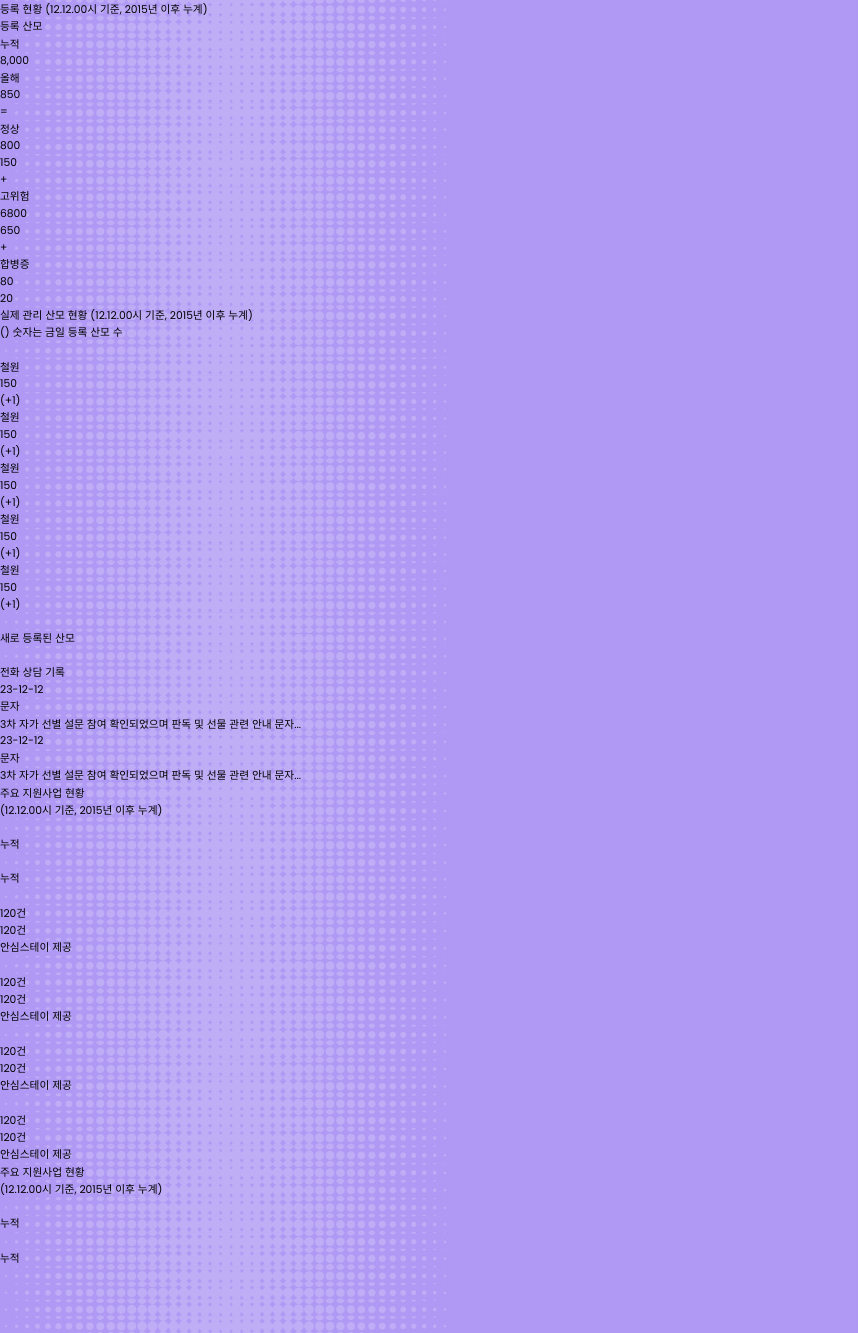
Repository: giapchicuong/Perganancy_Web
Page: index.html
These files come from the project's save history. The page is drawn as it stood at one moment and after the next save; the edit follows.
The browser window is 1280 px wide. The pictures show the whole page, at 67% of full size.

Above is the page before, as saved 2024-03-06 11:45:19.

### index.html
<!DOCTYPE html>
<html lang="en">

<head>
    <meta charset="UTF-8">
    <meta name="viewport" content="width=device-width, initial-scale=1.0">
    <title>Perganancy Web</title>
    <link rel="stylesheet" href="./assets/base.css">
    <link rel="stylesheet" href="./assets/style.css">
</head>

<body>
    <!-- .block -->
    <!-- .block__element -->
    <!-- .block__element--modifier -->
    <!-- card
    card__image
    card__description
    card__button--submit
    card__button--cancel -->
    <div class="app">
        <div class="main">
            <section class="advertising">
                <div class="advertising-left">
                    <div class="advertising-left__title">등록 현황 (12.12.00시 기준, 2015년 이후 누계)</div>
                    <div class="advertising-left__item-list">
                        <div class="advertising-left__item">
                            <div class="advertising-left__item-title">등록 산모</div>
                            <div class="advertising-left__item-desc">
                                <div class="advertising-left__item-desc-text">누적</div>
                                <div class="advertising-left__item-desc-number">8,000</div>
                            </div>
                            <div class="advertising-left__item-bottom">
                                <div class="advertising-left__item-bottom-text">올해</div>
                                <div class="advertising-left__item-bottom-number">850</div>
                            </div>
                            <div class="calculation">=</div>
                        </div>
                        <div class="advertising-left__item">
                            <div class="advertising-left__item-title">정상</div>
                            <div class="advertising-left__item-desc">
                                <div class="advertising-left__item-desc-number">800</div>
                            </div>
                            <div class="advertising-left__item-bottom">
                                <div class="advertising-left__item-bottom-number">150</div>
                            </div>
                            <div class="calculation">+</div>
                        </div>
                        <div class="advertising-left__item">
                            <div class="advertising-left__item-title">고위험</div>
                            <div class="advertising-left__item-desc">
                                <div class="advertising-left__item-desc-number">6800</div>
                            </div>
                            <div class="advertising-left__item-bottom">
                                <div class="advertising-left__item-bottom-number">650</div>
                            </div>
                            <div class="calculation">+</div>
                        </div>
                        <div class="advertising-left__item">
                            <div class="advertising-left__item-title">합병증</div>
                            <div class="advertising-left__item-desc">
                                <div class="advertising-left__item-desc-number">80</div>
                            </div>
                            <div class="advertising-left__item-bottom">
                                <div class="advertising-left__item-bottom-number">20</div>
                            </div>
                        </div>
                    </div>
                    <div class="advertising-left__title">실제 관리 산모 현황 (12.12.00시 기준, 2015년 이후 누계)</div>
                    <div class="advertising-left__desc">() 숫자는 금일 등록 산모 수</div>
                    <div class="advertising-left__map">
                        <img src="" alt="" class="advertising-left__map-image">
                        <div class="advertising-left__map-item-list-top">
                            <div class="advertising-left__map-item">
                                <div class="advertising-left__map-item-title">철원</div>
                                <div class="advertising-left__map-item-number">150</div>
                                <div class="advertising-left__map-item-desc">(+1)</div>
                            </div>
                            <div class="advertising-left__map-item">
                                <div class="advertising-left__map-item-title">철원</div>
                                <div class="advertising-left__map-item-number">150</div>
                                <div class="advertising-left__map-item-desc">(+1)</div>
                            </div>
                        </div>
                        <div class="advertising-left__map-item-list-center">
                            <div class="advertising-left__map-item">
                                <div class="advertising-left__map-item-title">철원</div>
                                <div class="advertising-left__map-item-number">150</div>
                                <div class="advertising-left__map-item-desc">(+1)</div>
                            </div>
                            <div class="advertising-left__map-item">
                                <div class="advertising-left__map-item-title">철원</div>
                                <div class="advertising-left__map-item-number">150</div>
                                <div class="advertising-left__map-item-desc">(+1)</div>
                            </div>
                        </div>
                        <div class="advertising-left__map-item-list-botom">
                            <div class="advertising-left__map-item">
                                <div class="advertising-left__map-item-title">철원</div>
                                <div class="advertising-left__map-item-number">150</div>
                                <div class="advertising-left__map-item-desc">(+1)</div>
                            </div>
                        </div>
                    </div>
                    <div class="advertising-left__box">
                        <div class="advertising-left__box-title">
                            <img src="" alt="" class="advertising-left__box-title-icon">
                            <div class="advertising-left__box-title-text">새로 등록된 산모</div>
                        </div>
                        <div class="advertising-left__box-message-list">
                            <div class="advertising-left__box-message-item">
                                <div class="advertising-left__box-message-item-date"></div>
                                <div class="advertising-left__box-message-item-text"></div>
                            </div>
                        </div>
                    </div>
                    <div class="advertising-left__box">
                        <div class="advertising-left__box-title">
                            <img src="" alt="" class="advertising-left__box-title-icon">
                            <div class="advertising-left__box-title-text">전화 상담 기록</div>
                        </div>
                        <div class="advertising-left__box-message-list">
                            <div class="advertising-left__box-message-item">
                                <div class="advertising-left__box-message-item-date">23-12-12</div>
                                <div class="advertising-left__box-message-item-name">문자</div>
                                <div class="advertising-left__box-message-item-text">3차 자가 선별 설문 참여 확인되었으며 판독 및 선물 관련 안내
                                    문자...</div>
                            </div>
                            <div class="advertising-left__box-message-item">
                                <div class="advertising-left__box-message-item-date">23-12-12</div>
                                <div class="advertising-left__box-message-item-name">문자</div>
                                <div class="advertising-left__box-message-item-text">3차 자가 선별 설문 참여 확인되었으며 판독 및 선물 관련 안내
                                    문자...</div>
                            </div>
                        </div>
                    </div>
                </div>
                <div class="advertising-right">
                    <div class="advertising-right-item">
                        <div class="advertising-right-item-top">
                            <div class="advertising-right-item-top-left">
                                <div class="advertising-right-item-top__title">주요 지원사업 현황</div>
                                <div class="advertising-right-item-top__desc">(12.12.00시 기준, 2015년 이후 누계)</div>
                            </div>
                            <div class="advertising-right-item-top-right">
                                <div class="advertising-right-item-top-item">
                                    <img src="" alt="" class="advertising-right-item-top-item__icon">
                                    <div class="advertising-right-item-top-item__text">누적</div>
                                </div>
                                <div class="advertising-right-item-top-item">
                                    <img src="" alt="" class="advertising-right-item-top-item__icon">
                                    <div class="advertising-right-item-top-item__text">누적</div>
                                </div>
                            </div>
                        </div>
                        <div class="advertising-right-item-card-list">
                            <div class="advertising-right-item-card">
                                <div class="advertising-right-item-card-provide">
                                    <img src="" alt="" class="advertising-right-item-card__image">
                                    <div class="advertising-right-item-card__image-number">
                                        <div class="advertising-right-item-card__image-number-large">120건</div>
                                        <div class="advertising-right-item-card__image-number-small">120건</div>
                                    </div>
                                </div>
                                <div class="advertising-right-item-card-content">안심스테이 제공</div>
                            </div>
                            <div class="advertising-right-item-card">
                                <div class="advertising-right-item-card-provide">
                                    <img src="" alt="" class="advertising-right-item-card__image">
                                    <div class="advertising-right-item-card__image-number">
                                        <div class="advertising-right-item-card__image-number-large">120건</div>
                                        <div class="advertising-right-item-card__image-number-small">120건</div>
                                    </div>
                                </div>
                                <div class="advertising-right-item-card-content">안심스테이 제공</div>
                            </div>
                            <div class="advertising-right-item-card">
                                <div class="advertising-right-item-card-provide">
                                    <img src="" alt="" class="advertising-right-item-card__image">
                                    <div class="advertising-right-item-card__image-number">
                                        <div class="advertising-right-item-card__image-number-large">120건</div>
                                        <div class="advertising-right-item-card__image-number-small">120건</div>
                                    </div>
                                </div>
                                <div class="advertising-right-item-card-content">안심스테이 제공</div>
                            </div>
                            <div class="advertising-right-item-card">
                                <div class="advertising-right-item-card-provide">
                                    <img src="" alt="" class="advertising-right-item-card__image">
                                    <div class="advertising-right-item-card__image-number">
                                        <div class="advertising-right-item-card__image-number-large">120건</div>
                                        <div class="advertising-right-item-card__image-number-small">120건</div>
                                    </div>
                                </div>
                                <div class="advertising-right-item-card-content">안심스테이 제공</div>
                            </div>
                        </div>
                    </div>
                    <div class="advertising-right-item">
                        <div class="advertising-right-item-top">
                            <div class="advertising-right-item-top-left">
                                <div class="advertising-right-item-top__title">주요 지원사업 현황</div>
                                <div class="advertising-right-item-top__desc">(12.12.00시 기준, 2015년 이후 누계)</div>
                            </div>
                            <div class="advertising-right-item-top-right">
                                <div class="advertising-right-item-top-item">
                                    <img src="" alt="" class="advertising-right-item-top-item__icon">
                                    <div class="advertising-right-item-top-item__text">누적</div>
                                </div>
                                <div class="advertising-right-item-top-item">
                                    <img src="" alt="" class="advertising-right-item-top-item__icon">
                                    <div class="advertising-right-item-top-item__text">누적</div>
                                </div>
                            </div>
                        </div>
                        <div class="advertising-right-item__btn-list">
                            <div class="advertising-right-item__btn-item">
                                <div class="advertising-right-item__btn">
                                    <img src="" alt="" class="advertising-right-item__btn-icon" />
                                    <div class="advertising-right-item__btn-text"></div>
                                    <div class="advertising-right-item__btn-notification"></div>
                                </div>
                                <div class="advertising-right-item__btn-content"></div>
                            </div>
                            <div class="advertising-right-item__btn-item">
                                <div class="advertising-right-item__btn">
                                    <img src="" alt="" class="advertising-right-item__btn-icon" />
                                    <div class="advertising-right-item__btn-text"></div>
                                    <div class="advertising-right-item__btn-notification"></div>
                                </div>
                                <div class="advertising-right-item__btn-content"></div>
                            </div>
                            <div class="advertising-right-item__btn-item">
                                <div class="advertising-right-item__btn">
                                    <img src="" alt="" class="advertising-right-item__btn-icon" />
                                    <div class="advertising-right-item__btn-text"></div>
                                    <div class="advertising-right-item__btn-notification"></div>
                                </div>
                                <div class="advertising-right-item__btn-content"></div>
                            </div>
                            <div class="advertising-right-item__btn-item">
                                <div class="advertising-right-item__btn">
                                    <img src="" alt="" class="advertising-right-item__btn-icon" />
                                    <div class="advertising-right-item__btn-text"></div>
                                    <div class="advertising-right-item__btn-notification"></div>
                                </div>
                                <div class="advertising-right-item__btn-content"></div>
                            </div>
                        </div>
                    </div>
                    <div class="advertising-right-item">
                        <div class="advertising-right-item-left">
                            <div class="advertising-right-item-left-text">
                                <div class="advertising-right-item-left__title"></div>
                                <div class="advertising-right-item-desc"></div>
                            </div>
                            <div class="advertising-right-item-number"></div>
                        </div>
                        <div class="advertising-right-item-right">

                        </div>
                    </div>
                    <div class="advertising-right-item">
                        <div class="advertising-right-item-message-list">
                            <div class="advertising-right-item-message-item">
                                <div class="advertising-right-item-message-text">
                                    <div class="advertising-right-item-message__title"></div>
                                    <div class="advertising-right-item-message__desc"></div>
                                </div>
                                <div class="advertising-right-item-message-number">
                                    <div class="advertising-right-item-message-number-icon"></div>
                                    <div class="advertising-right-item-message-number-text"></div>
                                    <div class="advertising-right-item-message-number-case"></div>
                                </div>
                            </div>
                            <div class="advertising-right-item-message-item">
                                <div class="advertising-right-item-message-text">
                                    <div class="advertising-right-item-message__title"></div>
                                    <div class="advertising-right-item-message__desc"></div>
                                </div>
                                <div class="advertising-right-item-message-number">
                                    <div class="advertising-right-item-message-number-icon"></div>
                                    <div class="advertising-right-item-message-number-text"></div>
                                    <div class="advertising-right-item-message-number-case"></div>
                                </div>
                            </div>
                        </div>
                    </div>
                </div>
            </section>
        </div>
    </div>
</body>

</html>

### assets/base.css
@import url('https://fonts.googleapis.com/css2?family=Poppins:ital,wght@0,100;0,200;0,300;0,400;0,500;0,600;0,700;0,800;0,900;1,100;1,200; 1.300;1.400;1.500;1.600;1.700;1.800;1.900&display=swap');

* {
    margin: 0;
    padding: 0;
    box-sizing: border-box;
    font-family: 'Poppins' , sans-serif;
    background-color: var(--secondary);
    background-image: url("./image/background-top.png");
    background-repeat: no-repeat;
    /* background-position: center; */
    /* background-size: cover;  */
    /* height: "664px",
    width: "100%", */

}
:root {
    --primary: #644DAF;
    --secondary: #AF99F4;
    --purple: #E7E3FF;
    --lightPurple: #E6E6FA;
    --pink: #EF9C98;
    --white: #FFFFFF;
    --gray: #D8D8D8;
    --gray2: #EBEBEB;
    --gray3: #F4F4F4;
}

### assets/style.css
.advertising-left {

}

After the next save:
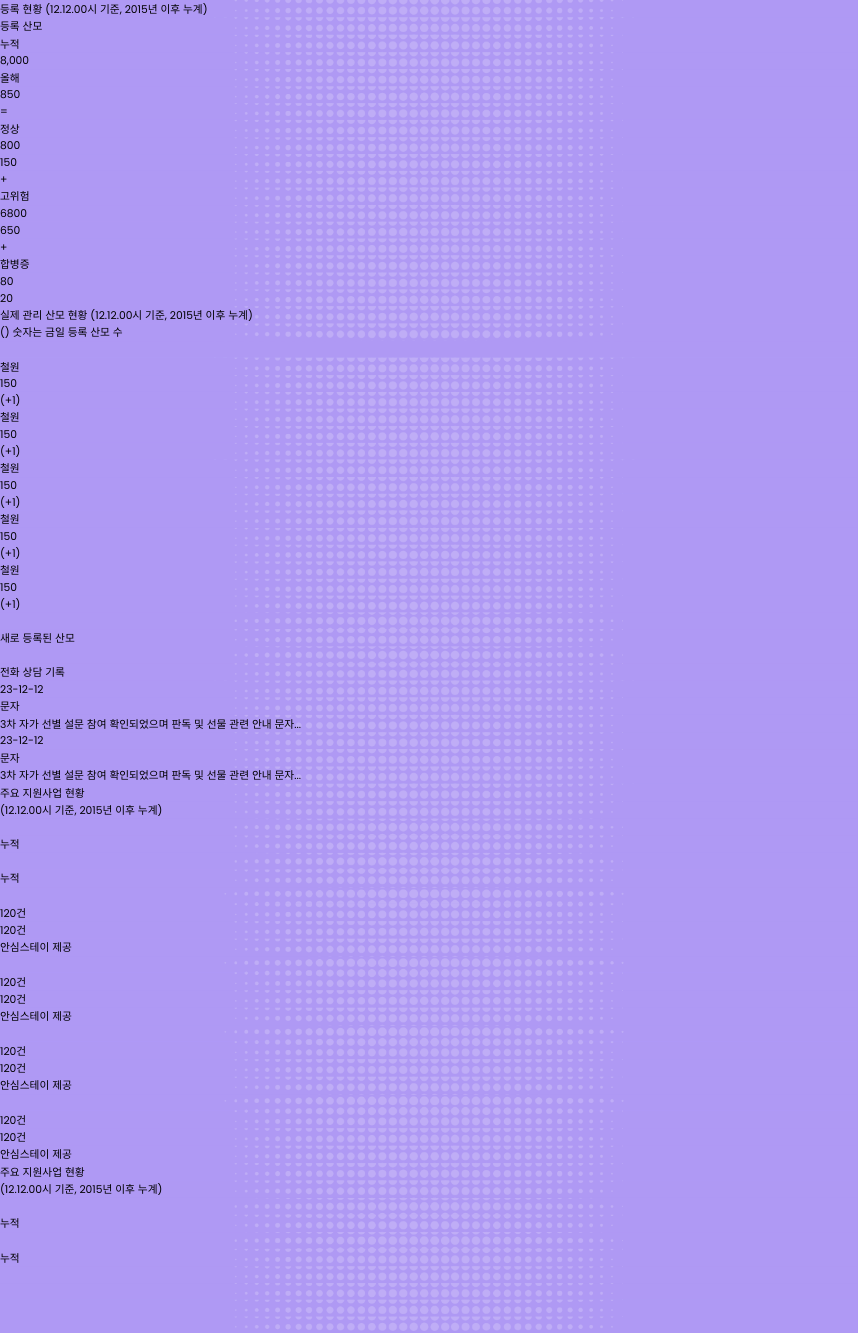
Saved 114 s later.
--- a/assets/base.css
+++ b/assets/base.css
@@ -8,10 +8,8 @@
     background-color: var(--secondary);
     background-image: url("./image/background-top.png");
     background-repeat: no-repeat;
-    /* background-position: center; */
+    background-position: center;
     /* background-size: cover;  */
-    /* height: "664px",
-    width: "100%", */
 
 }
 :root {
